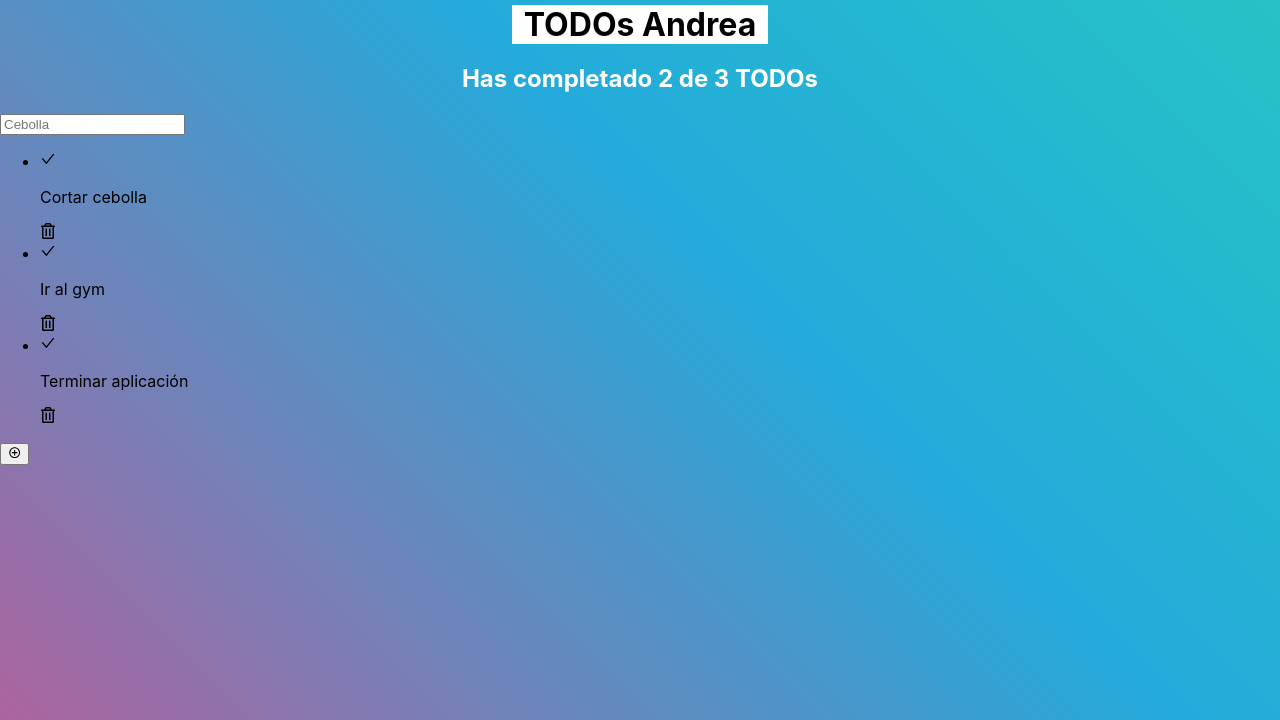
Repository: Pandrea-hub/TODOs
Page: /
The author's editor kept a copy of each file at every save. The page is drawn from the files as they stood at one save, then again after the next save.
The browser window is 1280 px wide. The pictures show the whole page.
The project was rebuilt for these pictures with package versions that can differ from the ones it lists, and the page was loaded fresh each time. Also part of the build but not shown: src/TodoItem.css.

Above is the page before, as saved 2022-06-07 09:15:03.

### src/index.js
import React from 'react';
import ReactDOM from 'react-dom/client';
import './index.css';
import App from './App';


const root = ReactDOM.createRoot(document.getElementById('root'));
root.render(
  <App/>
);

### src/index.css
body {
  margin: 0;
  font-family: -apple-system, BlinkMacSystemFont, 'Segoe UI', 'Roboto', 'Oxygen',
    'Ubuntu', 'Cantarell', 'Fira Sans', 'Droid Sans', 'Helvetica Neue',
    sans-serif;
  -webkit-font-smoothing: antialiased;
  -moz-osx-font-smoothing: grayscale;
}

code {
  font-family: source-code-pro, Menlo, Monaco, Consolas, 'Courier New',
    monospace;
}

#root{
  width: 100%;
  height: 100%;
  position: absolute;
  background: linear-gradient(45deg,#F17C58, #E94584, #24AADB , #27DBB1,#FFDC18, #FF3706);
  background-size: 600% 100%;
  animation: gradient 16s linear infinite;
  animation-direction: alternate;
}

@keyframes gradient {
  0% {background-position: 0%}
  100% {background-position: 100%}
}

### src/App.js
//import './App.css';
import React from 'react';
import { TodoCounter } from './TodoCounter';
import { TodoItem } from './TodoItem';
import { CreateTodoButton } from './CreateTodoButton';
import { TodoList } from './TodoList';
import { TodoSearch } from './TodoSearch';


const todos = [
  {text: 'Cortar cebolla',completed: false},
  {text: 'Ir al gym',completed: false},
  {text: 'Terminar aplicación',completed: false},
]


function App() {
  return (
    <React.Fragment>
      <TodoCounter />
      <TodoSearch />


      <TodoList>
        {todos.map(todo =>(
          <TodoItem key={todo.text} text={todo.text} completed={todo.completed}/>
        ))}
      </TodoList>
      <CreateTodoButton />
    </React.Fragment>

  );
}

export default App;

### src/TodoCounter.js
import React from 'react';
import './TodoCounter.css';

function TodoCounter(){
    return (
        <div className='title'>
            <h1>TODOs Andrea</h1>
            <h2 className='TodoCounter'>Has completado 2 de 3 TODOs</h2>
        </div>
    );
}

export { TodoCounter };

### src/TodoItem.js
import React from 'react';
import './TodoItem.css';
import {AiOutlineCheck} from 'react-icons/ai';
import {FaRegTrashAlt} from 'react-icons/fa';

function TodoItem(props){
    return (
        <li className='TodoItem'>
            <span className={`Icon Icon-check ${props.completed && 'Icon-check--activate' }`}>
                <AiOutlineCheck />
            </span>
            <p className={`TodoItem-p ${props.completed && 'TodoItem-p--complete'}`}>
                {props.text}
            </p>
            <span className='Icon Icon-delete'>
               <FaRegTrashAlt />
            </span>
        </li>
    );

}

export {TodoItem};

### src/CreateTodoButton.js
import React from 'react';
import {IoMdAddCircleOutline} from 'react-icons/io';

function CreateTodoButton(props){
    return(
        <button>
            <IoMdAddCircleOutline />
        </button>
    );
}

export {CreateTodoButton};

### src/TodoList.js
import React from "react";


function TodoList(props){
    return(
        <section>
            <ul>
                {props.children}
            </ul>
        </section>

    );
}


export {TodoList};

### src/TodoSearch.js
import React from 'react';


function TodoSearch(){
    return(
        <input placeholder="Cebolla" />
    );
}

export { TodoSearch};

### src/TodoCounter.css
.title{
    text-align: center;
    color:white;
}

.title h1{
    color:black;
    background-color:white;
    width: 20%;
    margin: 5px auto;
}

Loaded but not shown: public/index.html (common file)

After the next save:
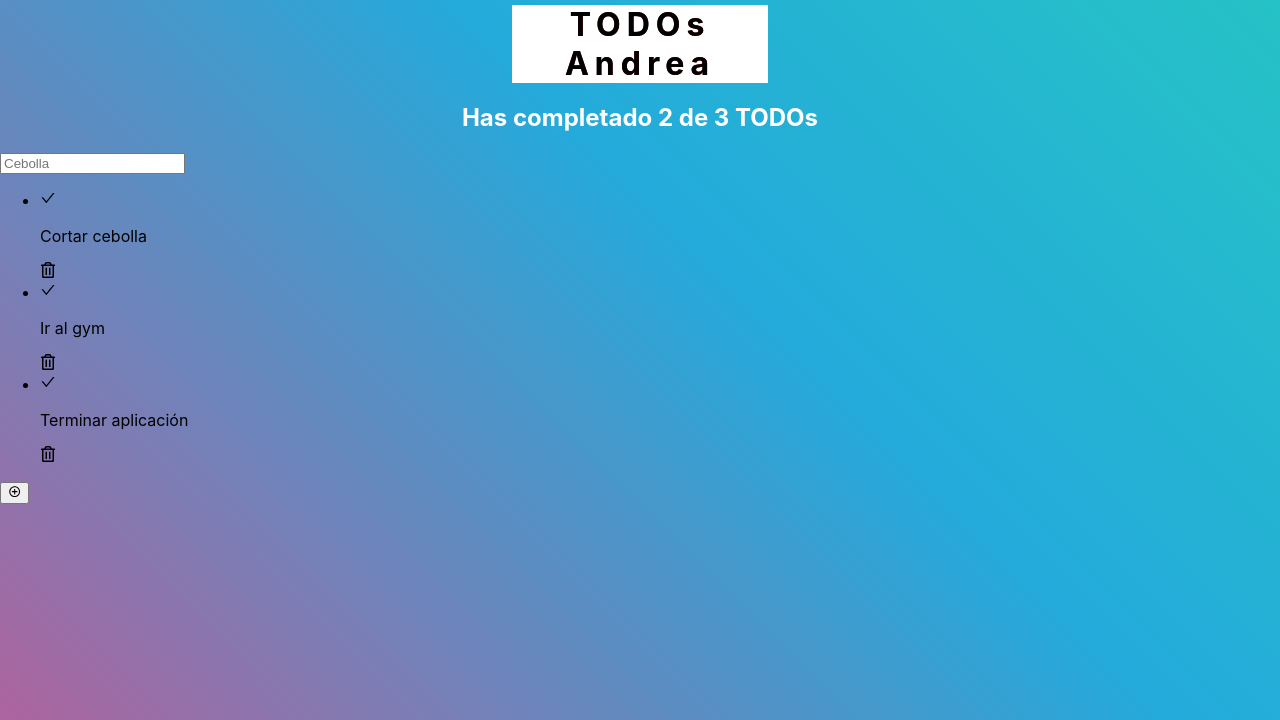
Saved 52 s later.
--- a/src/TodoCounter.css
+++ b/src/TodoCounter.css
@@ -8,4 +8,7 @@
     background-color:white;
     width: 20%;
     margin: 5px auto;
+    letter-spacing: 6px;
+    text-shadow: red 0 0, cyan 0 0;
+    transition: text-shadow 200ms;
 }
